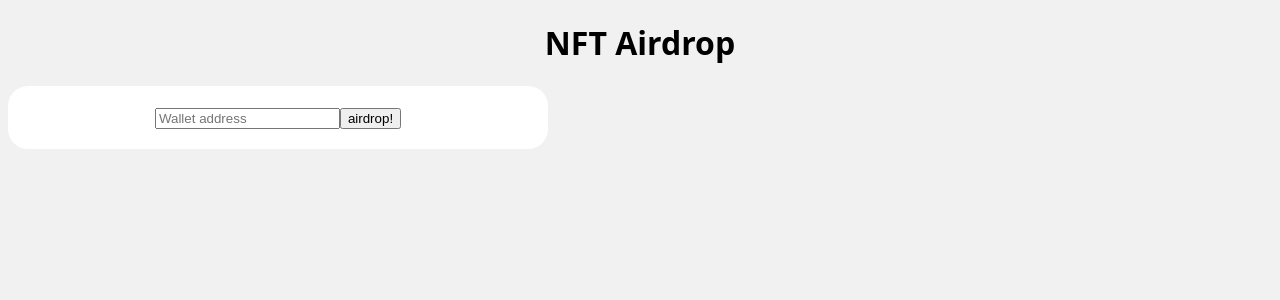
Repository: langf00rd/nft-airdropper
Page: /
These files come from the project's save history. The page is drawn as it stood at one moment and after the next save; the edit follows.
The browser window is 1280 px wide. The pictures show the whole page.
The project was rebuilt for these pictures with package versions that can differ from the ones it lists, and the page was loaded fresh each time.

Above is the page before, as saved 2022-07-15 17:15:20.

### src/index.css
body {
  font-family: system-ui, -apple-system, BlinkMacSystemFont, 'Segoe UI', Roboto, Oxygen, Ubuntu, Cantarell, 'Open Sans', 'Helvetica Neue', sans-serif;
  background: #f1f1f1;
}

main {
  background: #fff;
  max-width: 500px;
  padding: 20px;
  border-radius: 20px;
}

### src/App.js
import './App.css';

function App() {
  return (
    <div className="App">
      <div>
        <h1>NFT Airdrop</h1>
        <main>
          <div>
            <input placeholder='Wallet address' />
            <button>airdrop!</button>
          </div>
        </main>
      </div>
    </div >
  );
}

export default App;

Loaded but not shown: public/index.html (common file); src/index.js (common file); src/reportWebVitals.js (common file); src/App.css (common file)

After the next save:
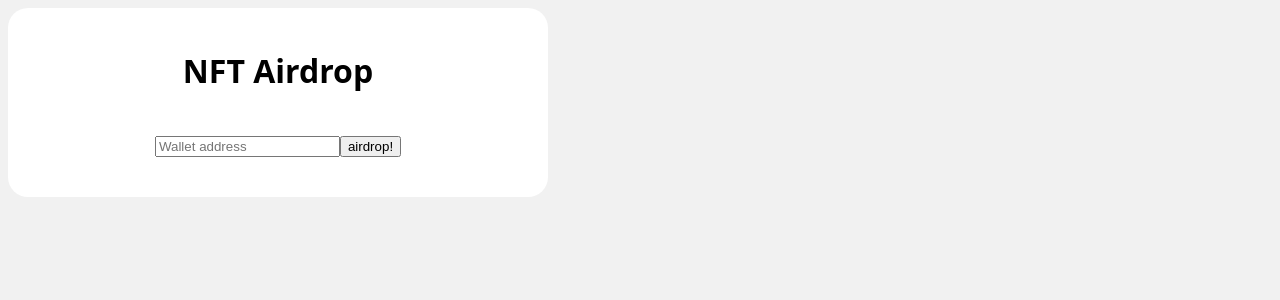
Saved 13 s later.
--- a/src/App.js
+++ b/src/App.js
@@ -3,7 +3,7 @@ import './App.css';
 function App() {
   return (
     <div className="App">
-      <div>
+      <main>
         <h1>NFT Airdrop</h1>
         <main>
           <div>
@@ -11,7 +11,7 @@ function App() {
             <button>airdrop!</button>
           </div>
         </main>
-      </div>
+      </main>
     </div >
   );
 }
